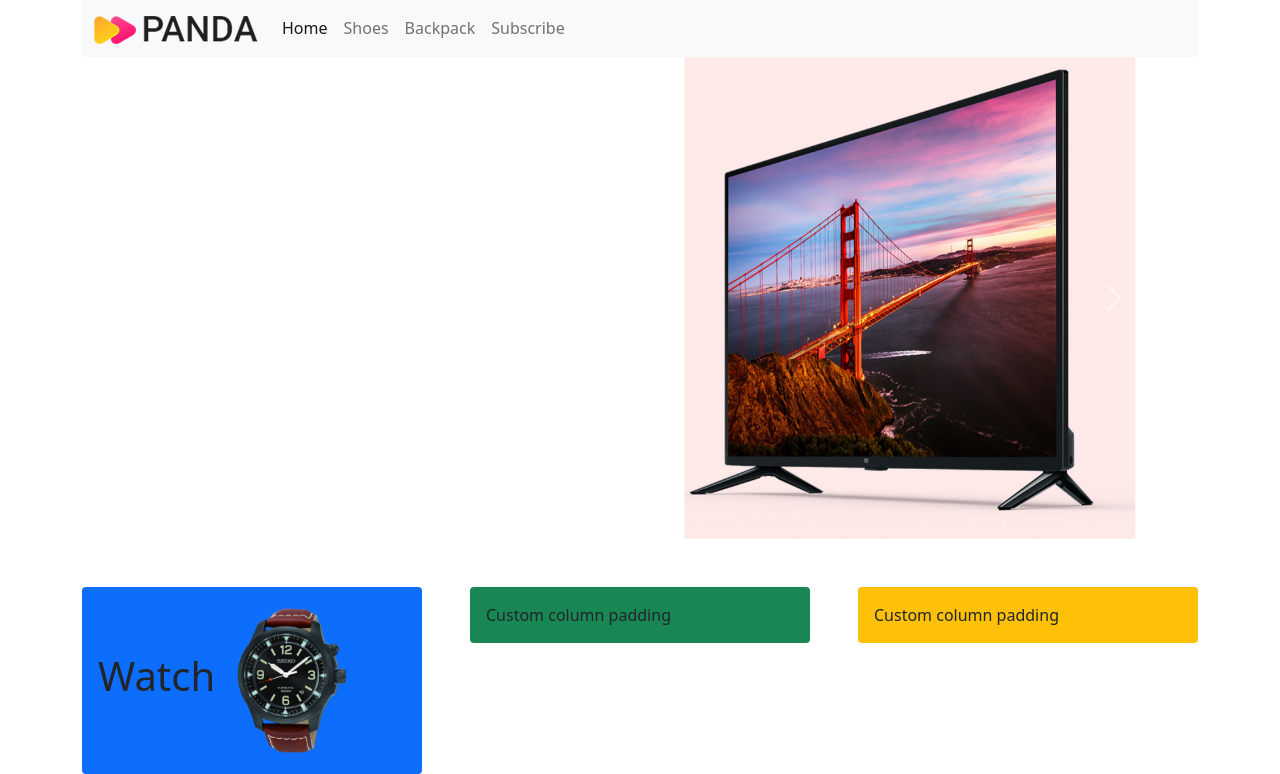
Repository: omarhasnain/panda-commerce-bootstrap
Page: index.html
The author's editor kept a copy of each file at every save. The page is drawn from the files as they stood at one save, then again after the next save.
The browser window is 1280 px wide. The pictures show the whole page.

Above is the page before, as saved 2021-01-14 16:28:42.

After the next save:
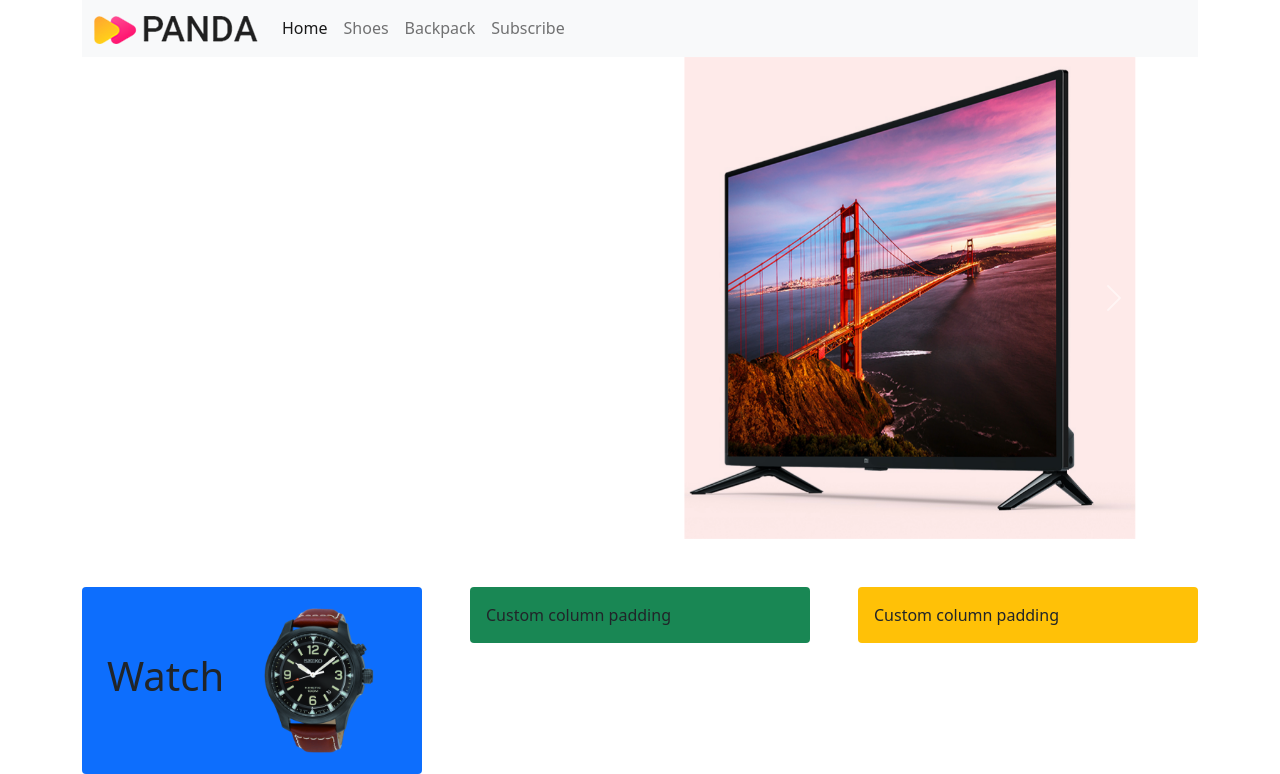
Saved 45 s later.
--- a/index.html
+++ b/index.html
@@ -76,7 +76,7 @@
         <section class="container overflow-hidden mt-5">
             <div class="row gx-5">
               <div class="col">
-               <div class="p-3 rounded bg-primary d-flex align-items-center">
+               <div class="p-3 rounded bg-primary d-flex align-items-center justify-content-around">
                    <h1>Watch</h1>
                    <img src="images/categories/watch.png" alt="">
                </div>
